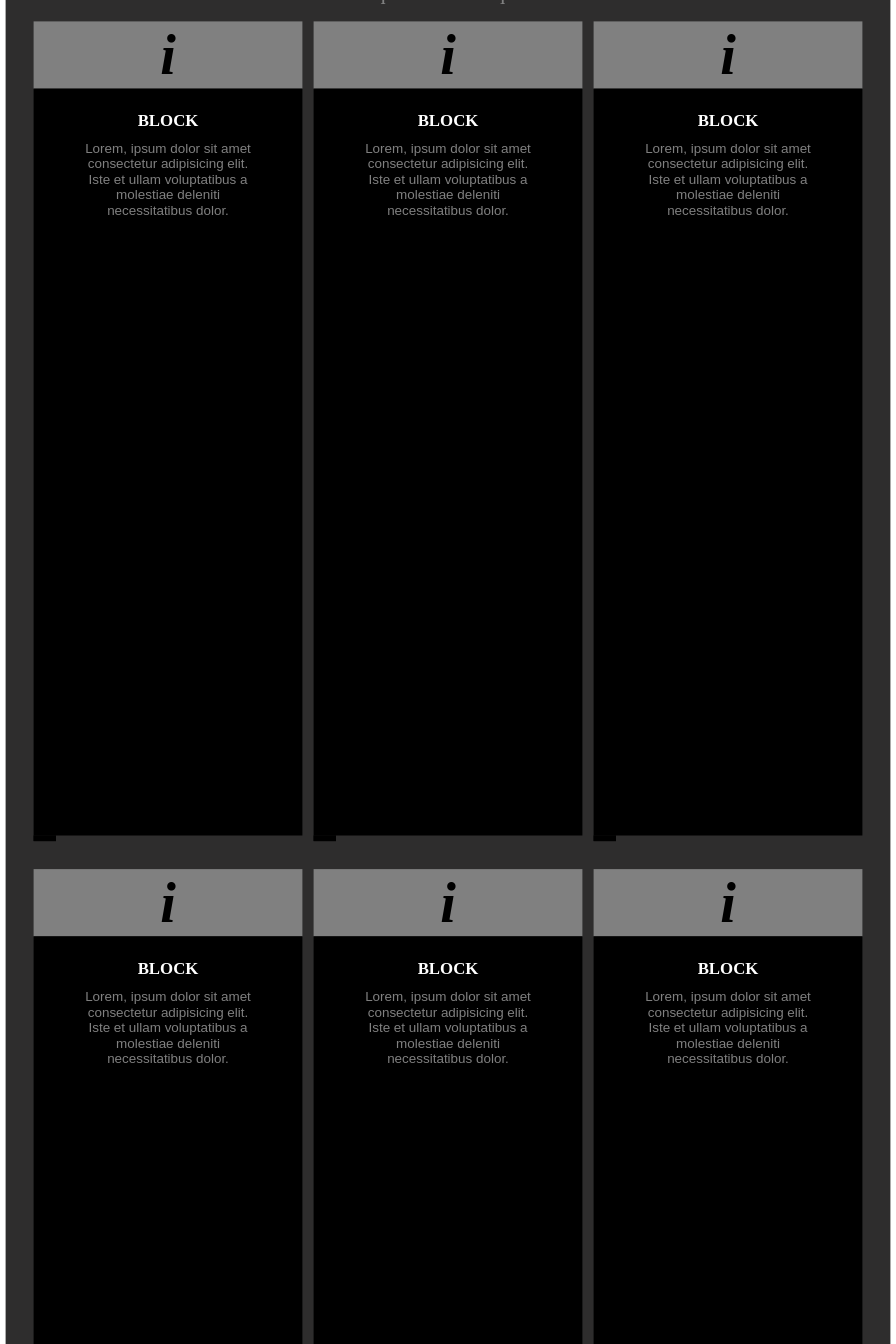
Repository: MohmdMHR/limesharp-test
Page: /
An editor plug-in stored every save of this project. The page is shown before and after the next save, followed by the edit.
The browser window is 1280 px wide. The pictures show the part of the page from y = 491 to 2411 px (the page is 4396 px tall before and 1660 px after), at 70% of full size.
The project was rebuilt for these pictures with package versions that can differ from the ones it lists, and the page was loaded fresh each time. Also part of the build but not shown: vue.config.js.

Above is the page before, as saved 2022-07-20 18:01:33.

### src/main.js
import Vue from "vue";
import Main from "./Main.vue";

Vue.config.productionTip = false;

new Vue({
  render: (h) => h(Main),
}).$mount("#app");

### src/Main.vue
<template>
  <div class="main container">
    <h1 class="main-title">Experienced & multi-talented</h1>
    <hr class="spacer" />
    <div class="main-content">
      Lorem ipsum dolor sit amet consectetur adipisicing elit. Sequi autem
      facere beatae atque reprehenderit voluptas, cupiditate laborum distinctio
      architecto dignissimos odit alias neque deserunt quia?
    </div>
    <div class="cards-container">
      <card
        v-for="(card, index) in numberOfCards"
        :key="index"
        title="block"
      ></card>
    </div>
  </div>
</template>

<script>
import Card from "./components/card.vue";

export default {
  name: "App",
  components: {
    Card,
  },
  data() {
    return {
      numberOfCards: 8,
    };
  },
};
</script>

<style lang="scss" scoped>
.main {
  padding: 15rem 2rem;
  background-color: rgb(46, 45, 45);
}
.main-title {
  color: white;
  text-align: center;
  font-size: 3rem;
}
.spacer {
  border-top: 3px solid white;
  width: 5rem;
}
.main-content {
  color: gray;
  text-align: center;
  margin: 1rem 2rem;
  font-size: 2rem;
}
.cards-container {
  display: grid;
  grid-template-columns: repeat(auto-fit, 25rem);
  justify-content: center;
}
</style>

### src/components/card.vue
<template>
  <div class="card container">
    <div class="card-banner-img">i</div>
    <div class="card-content">
      <h1 class="card-content-title">{{ title }}</h1>
      <p class="card-content-text" :class="{ collapsed: collapsed }">
        Lorem, ipsum dolor sit amet consectetur adipisicing elit. Iste et ullam
        voluptatibus a molestiae deleniti necessitatibus dolor.
      </p>
    </div>

    <div
      class="card-btn"
      :class="{ toggled: collapsed }"
      @click="collapse()"
    ></div>
  </div>
</template>

<script>
export default {
  name: "SingleCard",
  data() {
    return {
      collapsed: false,
    };
  },
  props: {
    title: {
      type: String,
      Default: "Block",
    },
  },
  methods: {
    collapse() {
      this.collapsed = !this.collapsed;
    },
  },
};
</script>

<style lang="scss" scoped>
.card {
  border-radius: 0.5rem;
  position: relative;
  margin: 0.5rem;
}
.card-banner-img {
  overflow: hidden;
  background-color: gray;
  justify-content: center;
  display: flex;
  align-items: center;
  height: 6rem;
  font-weight: bold;
  font-style: italic;
  font-size: 5rem;
}
.card-content {
  background: black;
  padding: 1rem 2rem;
}
.card-content-title {
  color: white;
  text-transform: uppercase;
  text-align: center;

  font-size: 1.5rem;
}
.card-content-text {
  color: gray;
  text-align: center;
  height: 60rem;
  margin: 1rem 2rem;
  font-family: "proxima-nova", sans-serif;
  font-size: 1.2rem;
  &.collapsed {
    height: 100%;

    position: absolute;
    z-index: 1;
  }
}
.card-btn {
  cursor: pointer;
  height: 2rem;
  position: relative;
  width: 2rem;
  &:before,
  &:after {
    background: black;
    content: "";
    height: 0.5rem;
    left: 0;
    position: absolute;
    top: 0;
    width: 2rem;
    transition: transform 500ms ease;
  }
  &:after {
    transform-origin: center;
  }
  &.toggled {
    &:after {
      transform: rotate(90deg);
    }
    &:before {
      transform: rotate(180deg);
    }
  }
}
</style>

Loaded but not shown: public/index.html (common file)

After the next save:
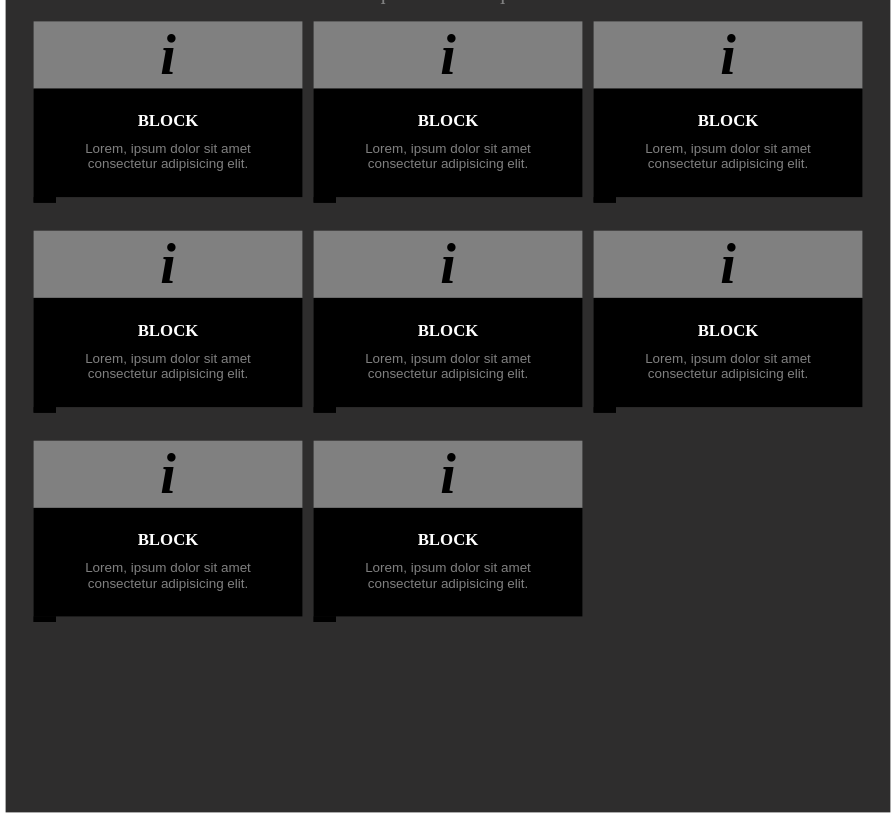
Saved 83 s later.
--- a/src/components/card.vue
+++ b/src/components/card.vue
@@ -70,7 +70,8 @@ export default {
 .card-content-text {
   color: gray;
   text-align: center;
-  height: 60rem;
+  height: 3rem;
+  overflow: hidden;
   margin: 1rem 2rem;
   font-family: "proxima-nova", sans-serif;
   font-size: 1.2rem;
